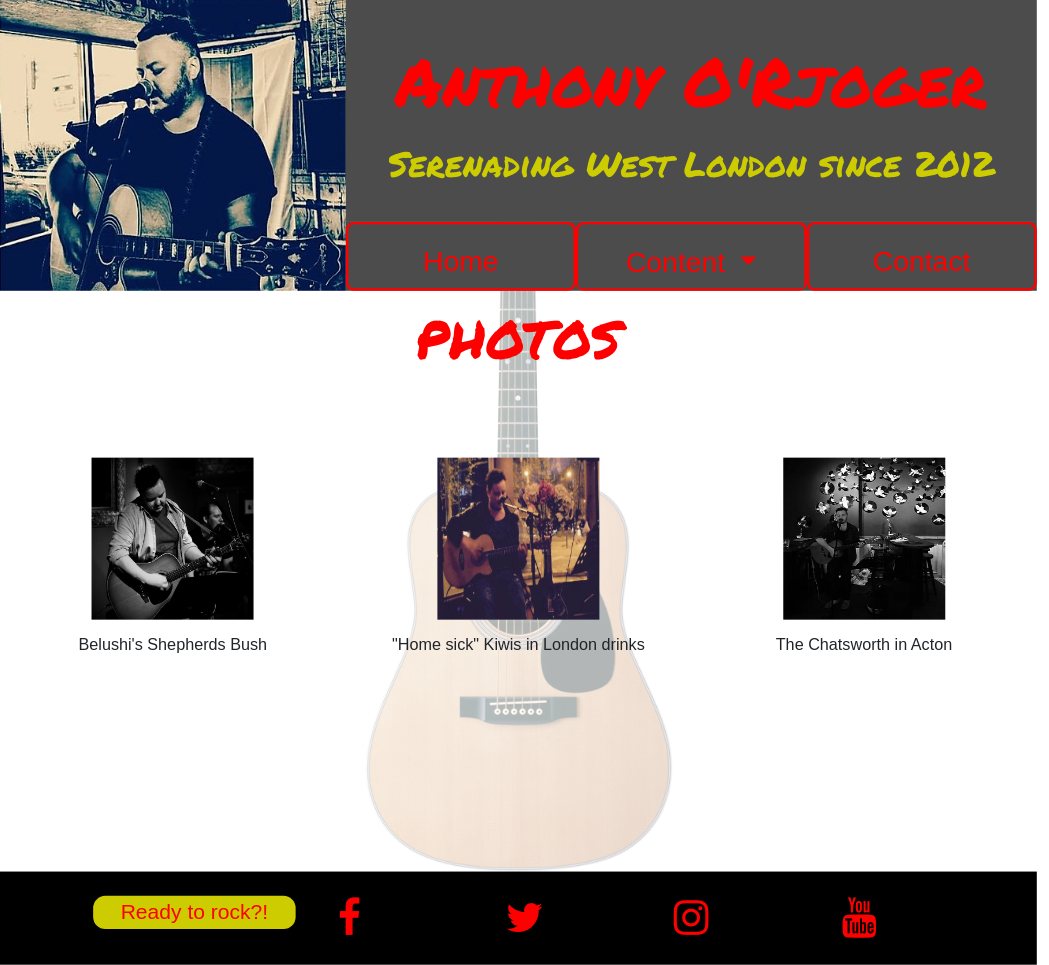
Repository: SimonGeorgeNZ/milestone_1
Page: photos.html
The author's editor kept a record of every edit. The page is drawn from the files as they stood at one moment, then again after the next edit.
The browser window is 1280 px wide. The page is 1295 px wide, so the pictures cover 1295 px, including what lies to the right of the window. The pictures show the whole page, at 81% of full size.
Some web fonts or font styles are not loaded; a fallback is used. Some web libraries are served in a nearby version.

Above is the page before.

After the next edit:
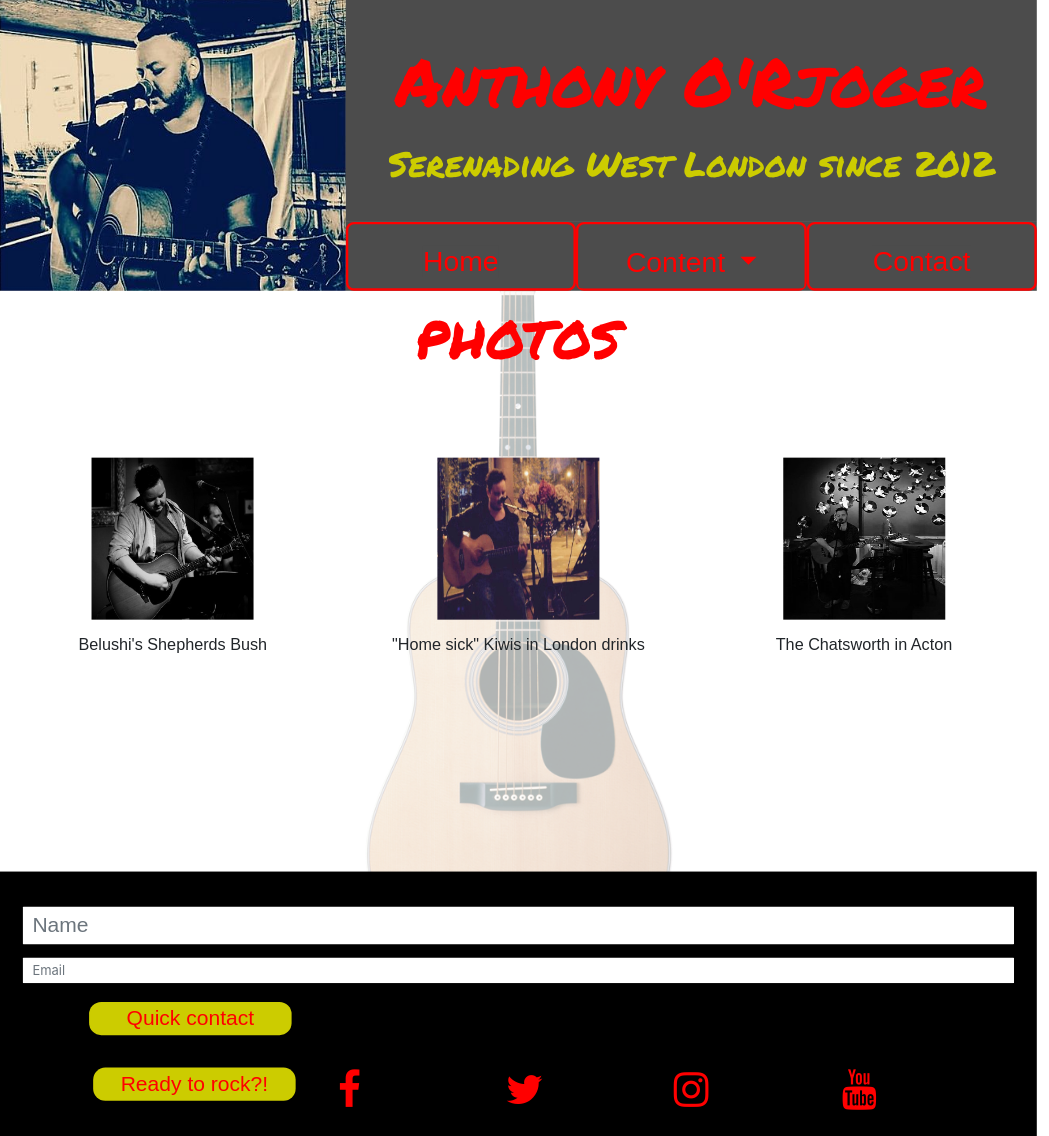
The edit:
--- a/photos.html
+++ b/photos.html
@@ -74,7 +74,7 @@
 
     </body>
     <footer class="container-fluid footer-bg footer">
-        <div class="row  d-block d-md-none">
+        <div class="row">
             <div class="col">
                 <form class="contact">
                     <div class="row no-gutters form">
